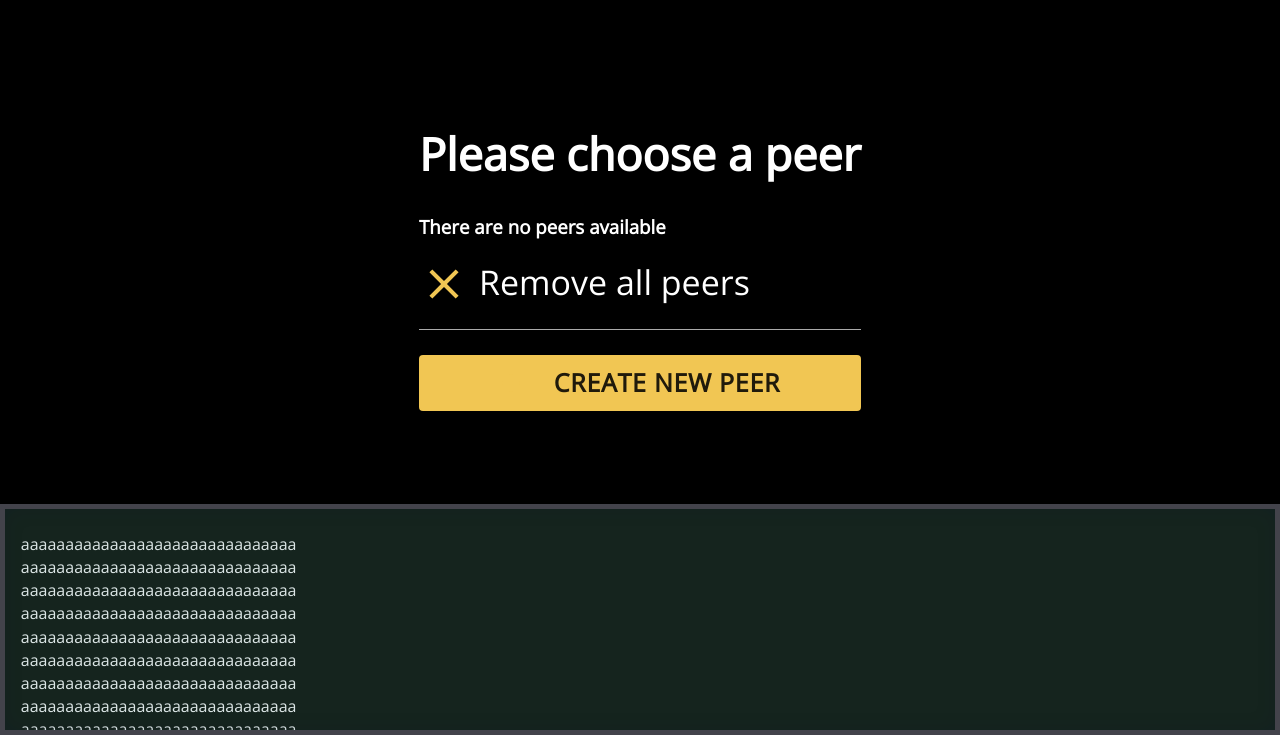
Repository: Bachdz/ASAP-Gui-Frontend
Page: /login
These files come from the project's save history. The page is drawn as it stood at one moment and after the next save; the edit follows.
The browser window is 1280 px wide. The pictures show the whole page.
The page's requests for data from a server got no answer. The project was rebuilt for these pictures with package versions that can differ from the ones it lists, and the page was loaded fresh each time. No one was signed in, and anything a server would have sent is missing. Also part of the build but not shown: src/css/loginscreen/Peer.css, src/components/fragments/Footer.js, src/components/mainscreen/subcomponents/Apps.js, src/css/mainscreen/Main.css, src/components/mainscreen/Main.js.

Above is the page before, as saved 2020-12-16 20:03:36.

### src/App.js
import React from 'react';



import { ReactComponent as Arrow } from './arrow.svg';
import Login from './components/loginscreen/Login';
import Main from './components/mainscreen/Main';
import { Link } from 'react-router-dom';
import Logo from './components/fragments/Footer';


import { BrowserRouter as Router, Route } from 'react-router-dom'

import './App.css';

function App() {
  return (
      <Router>
        <Route exact path="/" render={props => (
          <React.Fragment>
        <div className="container">

            <div className="content">
              <div id="box">
                <h1>Welcome to ASAP engine</h1>
                <Link to="/login"><Arrow id="next" /></Link>
              </div>
            </div>
          <Logo />
        </div>


          </React.Fragment>
        )} />
        <Route path="/login" component={Login} />
        <Route path="/main/user" component={Main} />

      </Router>
  );
}



export default App;

### src/components/loginscreen/Login.js
import React, { Component } from 'react';
import Peer from './subcomponents/Peer';
import CreateUser from './subcomponents/CreateUser';
import CloseIcon from '@material-ui/icons/Close';
import Alert from '@material-ui/lab/Alert';
import Snackbar from '@material-ui/core/Snackbar';
import Logo from '../fragments/Footer';
import Terminal from '../fragments/Terminal';



import '../../css/loginscreen/Login.css';
import axios from 'axios';



class Login extends Component {
    state = {
        peers: [],
        alertopen: false,
        alertmsg: '',
        alerttype: ''
    }

    componentDidMount() {
        axios.get('http://localhost:8080/api/v1/asap/peers')
            .then(res => this.setState({ peers: res.data }))
    }

    //create User
    addUser = (userName) => {
        let url = 'http://localhost:8080/api/v1/asap/peer?name=' + userName;
        axios.post(url)
            .then(res => this.setState({ peers: [...this.state.peers, res.data] }))
    }

    //remove all users
    removeAllUser = () => {
        axios.delete('http://localhost:8080/api/v1/asap/peers')
            .then(res => {
                if (res.data === false) {
                    this.setState({ alertopen: !this.state.alertopen, alertmsg: "Couldn't delete peers", alerttype: "error" });

                } else if (res.data === true) {
                    this.setState({ alertopen: !this.state.alertopen, alertmsg: "Deleted successfully ", alerttype: "success" });
                    axios.get('http://localhost:8080/api/v1/asap/peers')
                        .then(res => this.setState({ peers: res.data }))
                }



            }


            )


    }

    handleClose = (event, reason) => {
        this.setState({ alertopen: !this.state.alertopen });
    }


    render() {
        const { alertopen, alertmsg, alerttype } = this.state;
        return (
            <div>

                <div className="background-container">
                    <div className="content">
                        <div className="login-container">
                            <Snackbar anchorOrigin={{ vertical: 'top', horizontal: 'center' }} open={alertopen} autoHideDuration={2000} onClose={this.handleClose}>
                                <Alert onClose={this.handleClose} severity={alerttype}>
                                    {alertmsg}
                                </Alert>
                            </Snackbar>
                            <h1>Please choose a peer</h1>
                            <Peer peers={this.state.peers} />

                            <div id="remove-peer">
                                <CloseIcon id="remove" onClick={this.removeAllUser} /> Remove all peers
            </div>
                            <CreateUser addUser={this.addUser} />

                        </div>
                    </div>

                </div>
                <Terminal />

            </div>

        );
    }
}


export default Login;

### src/App.css
@import url('https://fonts.googleapis.com/css?family=Open+Sans');
body {
  font-family: "Open Sans", sans-serif;

}

#box {
  text-align: center;
}

.content {
  min-height: 70vh;
  display: flex;
  align-items: center;
}

.container {
  display: flex;
  align-items: center;
  justify-content: center;
  flex-direction: column;
  background-color: #000000;
  color: #ffffff;
  height: 100vh;
  margin:0;
}

footer {
 margin-top:auto;
 width: 100vw;
}



#next {
  cursor: "pointer";
  transition: transform 330ms ease-in-out;

}
#next:hover {
  cursor: pointer;
  -ms-transform: scale(1.2); /* IE 9 */
  -webkit-transform: scale(1.2); /* Safari 3-8 */
  transform: scale(1.2);
}
h1 {
  font-size: 45px;
  text-align: center;
  animation: fadein 3s;
  -moz-animation: fadein 3s; /* Firefox */
  -webkit-animation: fadein 3s; /* Safari and Chrome */
  -o-animation: fadein 3s; /* Opera */
}
@keyframes fadein {
  from {
      opacity:0;
  }
  to {
      opacity:1;
  }
}
@-moz-keyframes fadein { /* Firefox */
  from {
      opacity:0;
  }
  to {
      opacity:1;
  }
}
@-webkit-keyframes fadein { /* Safari and Chrome */
  from {
      opacity:0;
  }
  to {
      opacity:1;
  }
}
@-o-keyframes fadein { /* Opera */
  from {
      opacity:0;
  }
  to {
      opacity: 1;
  }
}

### src/components/loginscreen/subcomponents/Peer.js
import React from 'react';
import '../../../css/loginscreen/Peer.css';
import AccountCircleIcon from '@material-ui/icons/AccountCircle';
import ArrowForwardIcon from '@material-ui/icons/ArrowForward';
// import { Redirect } from 'react-router-dom';
import { Link } from 'react-router-dom';

function Peer (props) {

        if (props.peers.length > 0) {
            return (
                props.peers.map((peer) => (
                    <div className="peer-container">
                        <AccountCircleIcon id="icon" />
                        {peer.name}
                        <Link to={{
                            pathname: '/main/user',
                            state: {
                                peer: peer.name
                            }
                        }}>
                            <ArrowForwardIcon id="forward" />
                        </Link>
                    </div>

                ))

            );


        } else {
            return (
                <h3>There are no peers available</h3>
            )
        }
    }





export default Peer;

### src/components/loginscreen/subcomponents/CreateUser.js
import React, {Component} from 'react';
import Button from '@material-ui/core/Button';
import AddIcon from '@material-ui/icons/Add';
import TextField from '@material-ui/core/TextField';
import Dialog from '@material-ui/core/Dialog';
import DialogActions from '@material-ui/core/DialogActions';
import DialogContent from '@material-ui/core/DialogContent';
import '../../../css/loginscreen/CreateUser.css';
import DialogContentText from '@material-ui/core/DialogContentText';

export class CreateUser extends Component {
    state = {
        open: false,
        error: false,
        username: ''
    }

    handleClickOpen = () => {
        this.setState({
            open: !this.state.open
        })
      };

    handleClose = (e) => {
        this.setState({
            open: !this.state.open
        })
    };

    onChange = (e) => this.setState({ [e.target.name]: e.target.value })

    onSubmit = (e) => {
        if (this.state.username !== '') {
            this.props.addUser(this.state.username);
            this.setState({username : ''});
            this.handleClose();
        } else {
            this.setState({error: true});
        }
    }

    render() {
    const { open,error } = this.state

    return (
        <div>

            <Button startIcon={<AddIcon id="addIcon" />} id="addButton" onClick={this.handleClickOpen}>Create new peer</Button>

            <Dialog open={open} onClose={this.handleClose} aria-labelledby="form-dialog-title">
                <DialogContent id="dialog">
                    <DialogContentText id="dialog-text">
                        Please enter your name
          </DialogContentText>
                    <TextField
                       error={this.state.error}
                     required
                        autoFocus
                        margin="dense"
                        name="username"
                        type="string"
                        label="Username"
                        helperText={error ===true  ? "username is required" : ""}
                        onChange={this.onChange}
                        fullWidth
                    />
                </DialogContent>
                <DialogActions id="dialog-action">
                    <Button onClick={this.onSubmit} id="button" color="primary">
                        Done
          </Button>
                </DialogActions>
            </Dialog>
        </div>
    );
}
}
export default CreateUser ;

### src/components/fragments/Terminal.js
import React from 'react'
import '../../css/Terminal.css';



export default function Terminal() {
    return (
        <div className="console">
            <pre className="i-has-teh-code">
                <p>aaaaaaaaaaaaaaaaaaaaaaaaaaaaaaa</p>
                <p>aaaaaaaaaaaaaaaaaaaaaaaaaaaaaaa</p>
                <p>aaaaaaaaaaaaaaaaaaaaaaaaaaaaaaa</p>
                <p>aaaaaaaaaaaaaaaaaaaaaaaaaaaaaaa</p>
                <p>aaaaaaaaaaaaaaaaaaaaaaaaaaaaaaa</p>
                <p>aaaaaaaaaaaaaaaaaaaaaaaaaaaaaaa</p>
                <p>aaaaaaaaaaaaaaaaaaaaaaaaaaaaaaa</p>
                <p>aaaaaaaaaaaaaaaaaaaaaaaaaaaaaaa</p>
                <p>aaaaaaaaaaaaaaaaaaaaaaaaaaaaaaa</p>
                <p>aaaaaaaaaaaaaaaaaaaaaaaaaaaaaaa</p>
                <p>aaaaaaaaaaaaaaaaaaaaaaaaaaaaaaa</p>
                <p>aaaaaaaaaaaaaaaaaaaaaaaaaaaaaaa</p>
                <p>aaaaaaaaaaaaaaaaaaaaaaaaaaaaaaa</p>

            </pre>
        </div>
    )
}

### src/css/loginscreen/Login.css
@import url('https://fonts.googleapis.com/css?family=Open+Sans');




.content {
    display: flex;
    align-items: center;
    justify-content: center;
    flex-direction: column;
    background-color: #000000;
    color: #ffffff;
    margin:0;
  }

footer {
   margin-top:auto;
   width: 100vw;
  }




#remove {
    cursor: pointer;
    color: #F1C653;
    float: left;
    font-size: 50px;
    margin-right: 10px;
}

#remove:hover {
    cursor: pointer;
    -ms-transform: scale(1.2); /* IE 9 */
    -webkit-transform: scale(1.2); /* Safari 3-8 */
    transform: scale(1.2);
  }

#remove-peer {
    width: 100%;
    border-bottom: 1px solid #aaa;
    padding-bottom:20px;
    margin-top: 20px;
    display: flex;
    font-size: 34px;
    animation: fadein 3.5s;
    -moz-animation: fadein 3.5s; /* Firefox */
    -webkit-animation: fadein 3.5s; /* Safari and Chrome */
    -o-animation: fadein 3.5s; /* Opera */
}

### src/css/loginscreen/CreateUser.css
@import url('https://fonts.googleapis.com/css?family=Open+Sans');
* {
    font-family:"Open Sans", sans-serif ;
}
#addButton{
    z-index: 99;
    margin-top:25px;
    background-color: #F1C653;
    width: 100%;
    font-size:25px;
    font-weight: bolder;
}

#addIcon {
    font-size: 26px;
}
#dialog {

}
#dialog-text {
    font-family:"Open Sans", sans-serif ;
    color: #000000;

    text-align: center;
}
#button {
    background-color: #F1C653;
    color: #000000;
    width: 50%;
    font-size:15px;
    font-weight: bolder;
}

### src/css/Terminal.css
@charset "UTF-8";
@-webkit-keyframes waiting {
    0% {
        opacity: 0;
    }
    35%,
    75% {
        opacity: 1;
    }
    100% {
        opacity: 0;
    }
}

@keyframes waiting {
    0% {
        opacity: 0;
    }
    35%,
    75% {
        opacity: 1;
    }
    100% {
        opacity: 0;
    }
}

@-webkit-keyframes joltBG {
    0% {
        opacity: 0.3;
    }
    22%,
    26% {
        opacity: 0.2;
    }
    27%,
    45% {
        opacity: 0.4;
    }
    46%,
    76% {
        opacity: 0.5;
    }
    76%,
    78% {
        opacity: 0.05;
    }
    78% {
        opacity: 0.3;
    }
    100% {
        opacity: 0.3;
    }
}

@keyframes joltBG {
    0% {
        opacity: 0.3;
    }
    22%,
    26% {
        opacity: 0.2;
    }
    27%,
    45% {
        opacity: 0.4;
    }
    46%,
    76% {
        opacity: 0.5;
    }
    76%,
    78% {
        opacity: 0.05;
    }
    78% {
        opacity: 0.3;
    }
    100% {
        opacity: 0.3;
    }
}

.i-has-teh-code {
    height: 23vh;
    overflow-y: scroll;
    white-space: pre-wrap;
    background: #15241e;
    color: #dce6e6;
    margin: 0 auto;
    font-family: Monaco, Consolas, "Lucida Console", monospace;
    padding: 1em 1em 2.5em 1em;
    line-height: 0.45;
    position: relative;

}

.i-has-teh-code::-moz-selection {
    color: #141e1e;
    background: #dce6e6;
}

.i-has-teh-code::selection {
    color: #141e1e;
    background: #dce6e6;
}

.i-has-teh-code:before {
    position: absolute;
    pointer-events: none;
    top: 0;
    right: 0;
    bottom: 0;
    left: 0;
    background-color: rgba(50, 50, 80, 0.6);
    content: '';
    z-index: 100;
    box-shadow: inset 0px 0px 20px 0px rgba(0, 0, 60, 0.3);
    background: url('data:[embedded picture, 484 characters]');
    -webkit-animation-name: joltBG;
    animation-name: joltBG;
    -webkit-animation-duration: 10000ms;
    animation-duration: 10000ms;
    -webkit-animation-iteration-count: infinite;
    animation-iteration-count: infinite;
    -webkit-animation-timing-function: linear;
    animation-timing-function: linear;
}

.i-has-teh-code:after {
    position: relative;
    pointer-events: none;
    bottom: 0em;
    left: 0em;
    content: '■';
    padding: 1em;
    -webkit-animation-name: waiting;
    animation-name: waiting;
    -webkit-animation-duration: 1200ms;
    animation-duration: 1200ms;
    -webkit-animation-iteration-count: infinite;
    animation-iteration-count: infinite;
    -webkit-animation-timing-function: ease-in-out;
    animation-timing-function: ease-in-out;
}

.console {
    height: 100%;
    background: rgba(20, 20, 30, 0.8);
    padding: 0.3em;
}

### src/css/mainscreen/Apps.css

#addIcon, #removeIcon {
    float:right;
    color: #F1C653;
    font-size: 30px;
    margin-right:20px;
}
.title {
    display:flex;
    align-items: center;
}


.parentList {
    margin-left:10px;
}

.main-items {
    font-size: 30px;
}

#apps {
    padding-left:50px;
}

.input {
    font-style: italic;
    width: 100%;
    border:none;
    outline: none;
    border-bottom: 2px solid #808080;
    background: #000000;
    color: #ffffff;
    width: 70%;
    margin-left:45px;
    font-size:20px;
}

.add {
    width: 100%;
    display:flex;
    color: #F1C653;
}

#checkicon {
    float: right;
}

#checkicon-inactive {
    color: #808080;
}

Loaded but not shown: public/index.html (common file); src/index.js (common file); src/index.css (common file); src/reportWebVitals.js (common file)

After the next save:
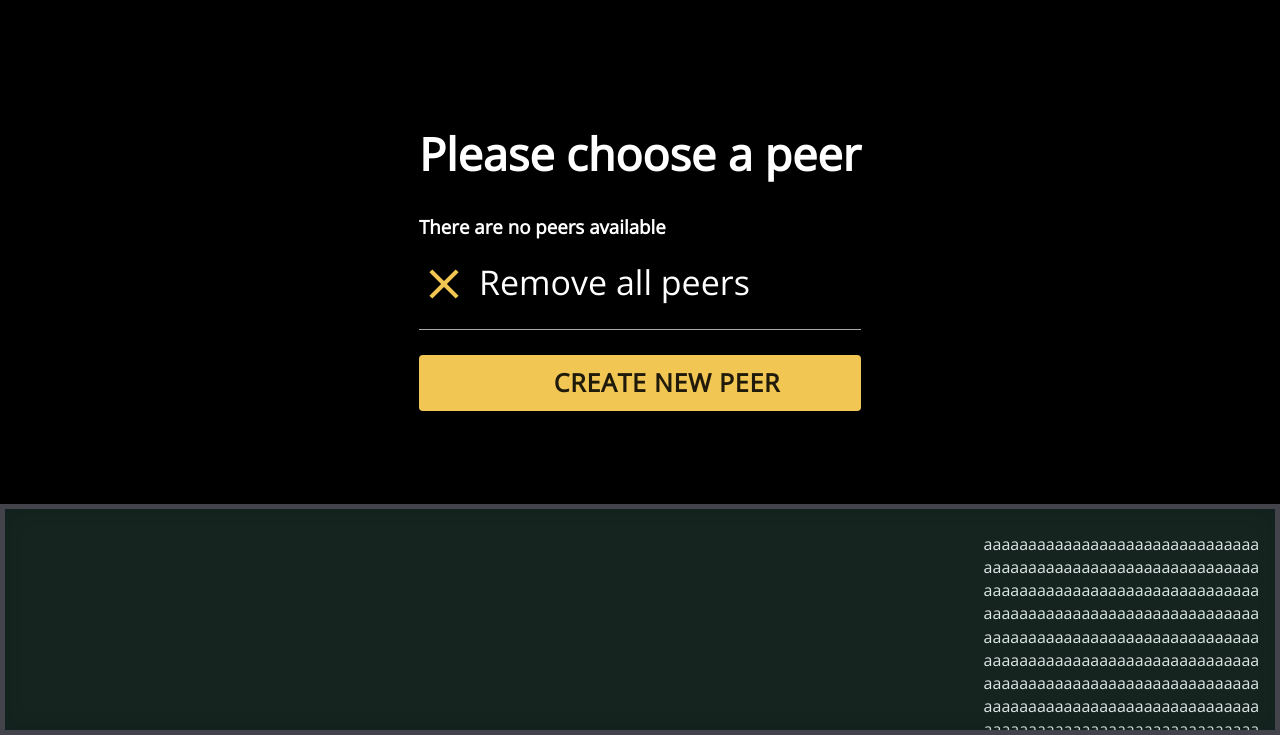
Saved 71 s later.
--- a/src/css/Terminal.css
+++ b/src/css/Terminal.css
@@ -92,7 +92,7 @@
     padding: 1em 1em 2.5em 1em;
     line-height: 0.45;
     position: relative;
-
+    direction: rtl;
 }
 
 .i-has-teh-code::-moz-selection {

After the save that followed:
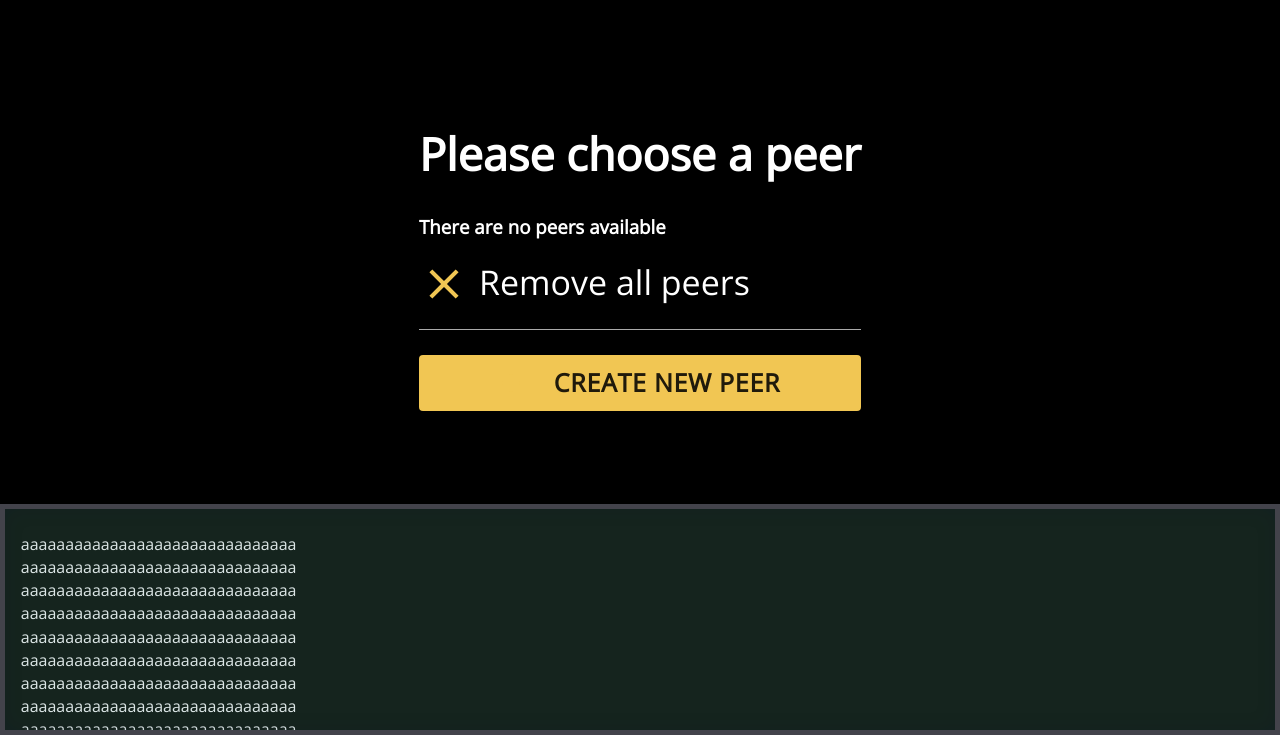
Saved 22 s later.
--- a/src/css/Terminal.css
+++ b/src/css/Terminal.css
@@ -92,7 +92,7 @@
     padding: 1em 1em 2.5em 1em;
     line-height: 0.45;
     position: relative;
-    direction: rtl;
+    direction:  initial;
 }
 
 .i-has-teh-code::-moz-selection {
